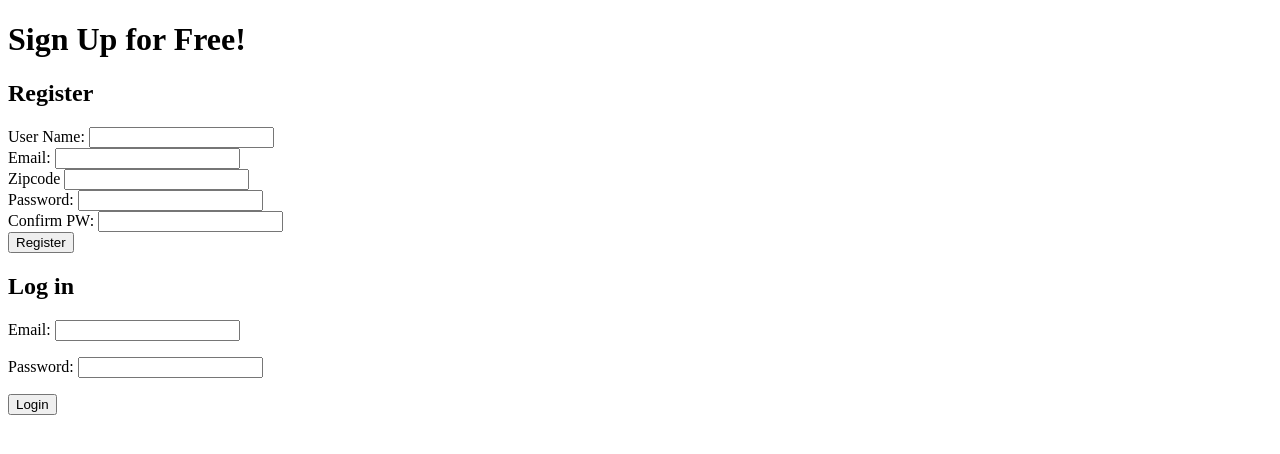
Repository: DataLuminescence/Documents
Page: http://localhost/choix/WEB-INF/loginreg.jsp
These files come from the project's save history. The page is drawn as it stood at one moment and after the next save; the edit follows.
The browser window is 1280 px wide. The pictures show the whole page.
The page is served by Tomcat 9. Nobody is signed in. Other server files are loaded and not shown. The template is opened directly, without the code that normally fills it, so the values that code supplies are empty.

Above is the page before, as saved 2022-04-27 03:10:47.

### Java/Java Spring/choix/src/main/webapp/WEB-INF/loginreg.jsp
<%@ page language="java" contentType="text/html; charset=UTF-8" pageEncoding="UTF-8"%>
<%@ taglib prefix="c" uri="http://java.sun.com/jsp/jstl/core"%>
<%@ taglib prefix="fmt" uri="http://www.springframework.org/tags/form"%>
<%@ taglib prefix="form" uri="http://www.springframework.org/tags/form"%>
<%@ page isErrorPage = "true" %>
<!DOCTYPE html>
<html>
<head>
<meta charset="UTF-8">
<title>Login Page</title>
</head>
<body>
	<h1>Sign Up for Free!</h1>
	<h2>Register</h2>
	<form:form action="/register" method="post" modelAttribute="newUser">

		<div>
			<form:label path="userName">User Name:</form:label>
			<form:input path="userName" />
			<form:errors path="userName" />
		</div>
		<div>
			<form:label path="email">Email:</form:label>
			<form:input path="email" />
			<form:errors path="email" />
		</div>
		<div>
			<form:label path="zipcode">Zipcode</form:label>
			<form:input path="zipcode" />
			<form:errors path="zipcode" />
		</div>
		<div>
			<form:label path="password">Password:</form:label>
			<form:password path="password" />
			<form:errors path="password" />
		</div>
		<div>
			<form:label path="confirm">Confirm PW:</form:label>
			<form:password path="confirm" />
			<form:errors path="confirm" />
		</div>

		<input type="submit" value="Register" />
	</form:form>

	<h2>Log in</h2>
	<form:form action="/login" method="post" modelAttribute="newLogin">

		<p>
			<form:label path="email">Email:</form:label>
			<form:input path="email" />
			<form:errors path="email" />
		</p>

		<p>
			<form:label path="password">Password:</form:label>
			<form:password path="password" />
			<form:errors path="password" />
		</p>

		<input type="submit" value="Login" />
	</form:form>

</body>
</html>

After the next save:
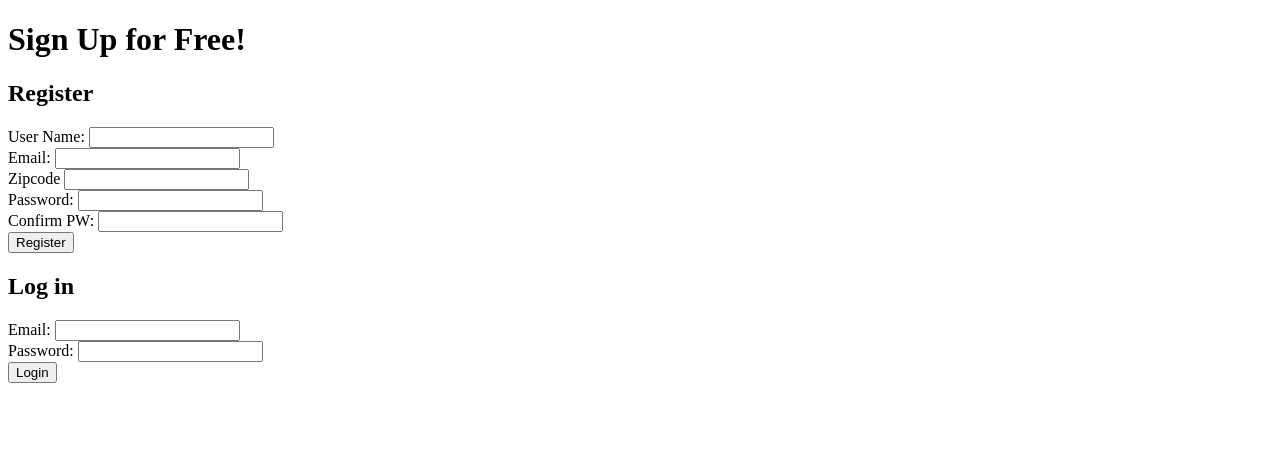
Saved 50 s later.
--- a/Java/Java Spring/choix/src/main/webapp/WEB-INF/loginreg.jsp
+++ b/Java/Java Spring/choix/src/main/webapp/WEB-INF/loginreg.jsp
@@ -46,18 +46,16 @@
 	<h2>Log in</h2>
 	<form:form action="/login" method="post" modelAttribute="newLogin">
 
-		<p>
+		<div>
 			<form:label path="email">Email:</form:label>
 			<form:input path="email" />
 			<form:errors path="email" />
-		</p>
-
-		<p>
+		</div>
+		<div>
 			<form:label path="password">Password:</form:label>
 			<form:password path="password" />
 			<form:errors path="password" />
-		</p>
-
+		</div>
 		<input type="submit" value="Login" />
 	</form:form>
 
